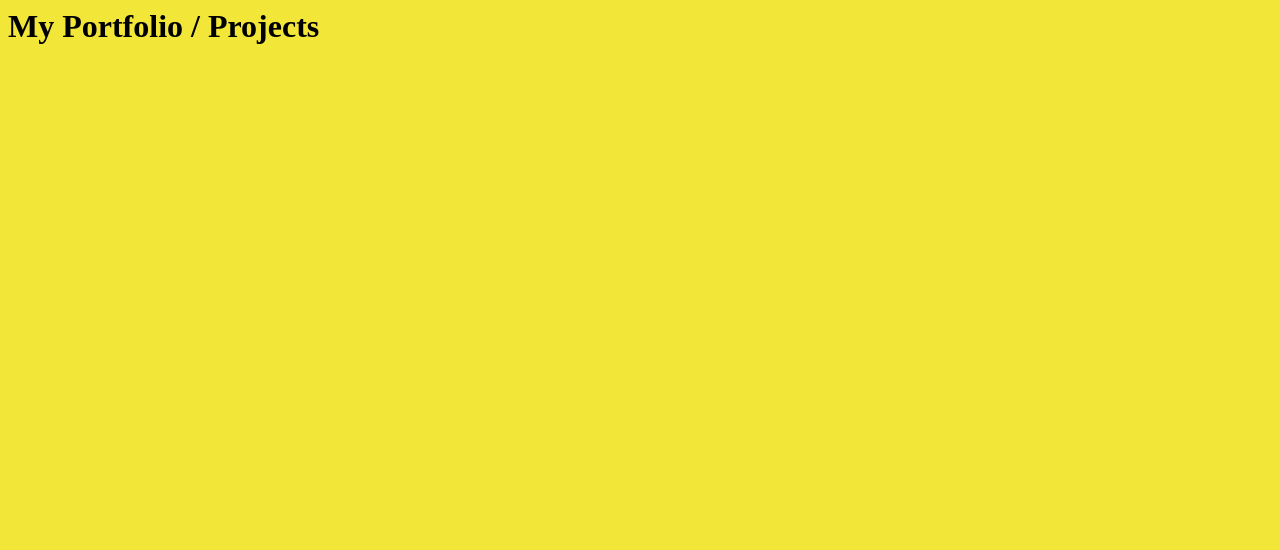
Repository: NawrasKassar/NawrasKassar.github.io
Page: portfolio.html
The author's editor kept a record of every edit. The page is drawn from the files as they stood at one moment, then again after the next edit.
The browser window is 1280 px wide. The pictures show the whole page.

Above is the page before.

### portfolio.html
<html>
<head>
    <title>My Portfolio / Accomplishments</title>
    <link rel="stylesheet" href="./styles/style.css">
    <h1>My Portfolio / Projects</h1>













</head>













</html>

### styles/style.css
body {
    background-color:#f2e638;



}


body p{
    color:#123456;
}

After the next edit:
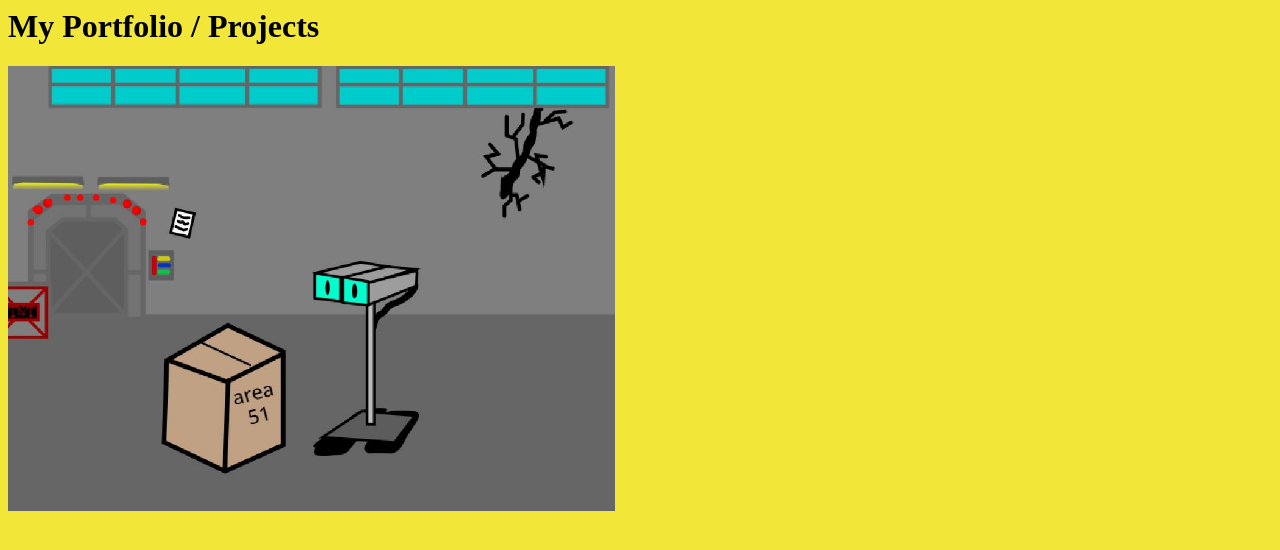
The edit:
--- a/portfolio.html
+++ b/portfolio.html
@@ -18,7 +18,9 @@
 
 </head>
 
-
+    <body>
+        <a href="https://scratch.mit.edu/projects/328281263/"><img src="./game.JPG" width = "48%"></a>
+    </body>
 
 
 
